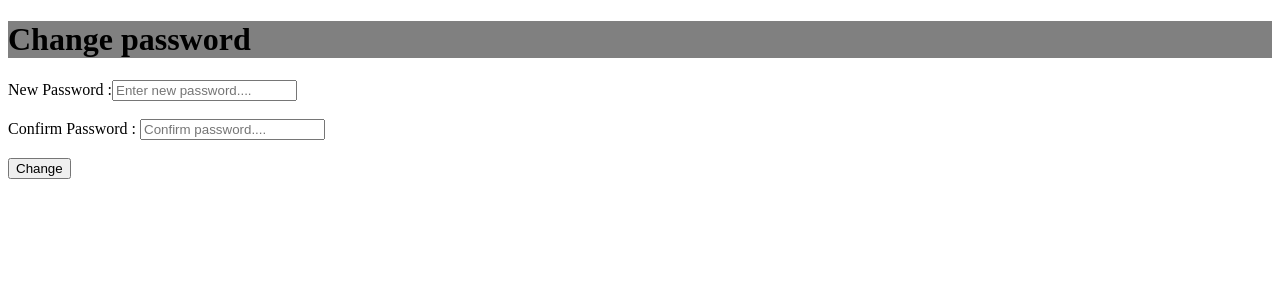
Repository: abhinavk718/servlet-project
Page: empwebapp/WebContent/changepassword.html
The author's editor kept a copy of each file at every save. The page is drawn from the files as they stood at one save, then again after the next save.
The browser window is 1280 px wide. The pictures show the whole page.

Above is the page before, as saved 2019-11-15 08:46:26.

After the next save:
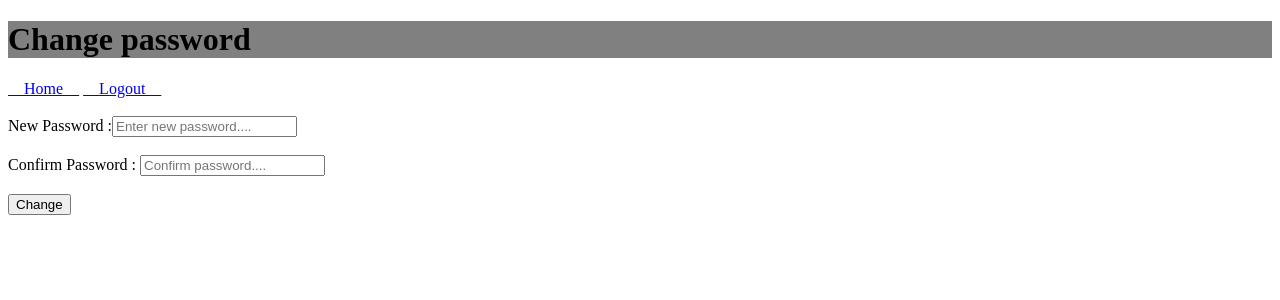
Saved 36 s later.
--- a/empwebapp/WebContent/changepassword.html
+++ b/empwebapp/WebContent/changepassword.html
@@ -7,6 +7,9 @@
 <body>
 <form action="" class="col-md-4 offset-4 mt-5 mb-5 card card-body">
     <h1 class="text-center" style="background-color: gray;">Change password</h1>
+     <a href="#">&nbsp; &nbsp; Home &nbsp; &nbsp;</a>
+    <a href="#">&nbsp; &nbsp; Logout &nbsp; &nbsp;</a><br>
+    <br>
     <div class="formgroup">
         New Password :<input type="text" name="newpassword"class="form-control mb-1" placeholder="Enter new password....">
     </div>
